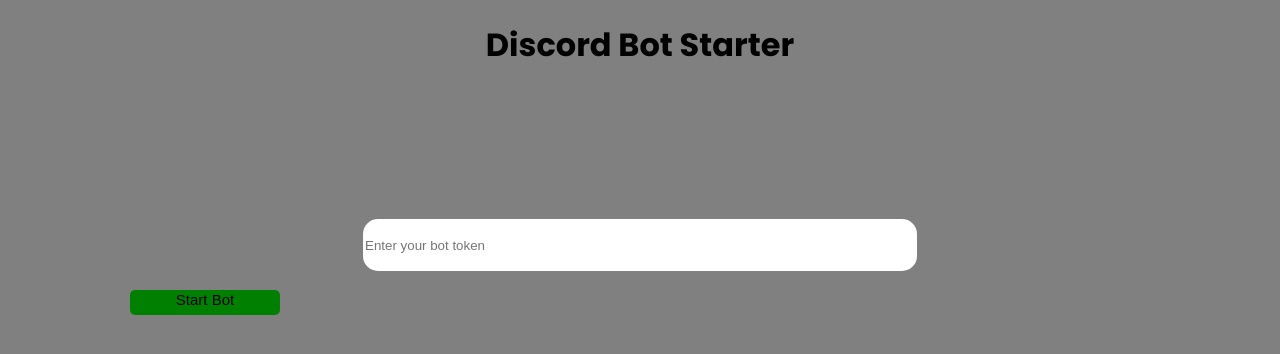
Repository: ranger2202/discord-bot-panel
Page: ranger-bot-runner/app/templates/landing.html
These files come from the project's save history. The page is drawn as it stood at one moment and after the next save; the edit follows.
The browser window is 1280 px wide. The pictures show the whole page.

Above is the page before, as saved 2023-12-30 12:09:15.

After the next save:
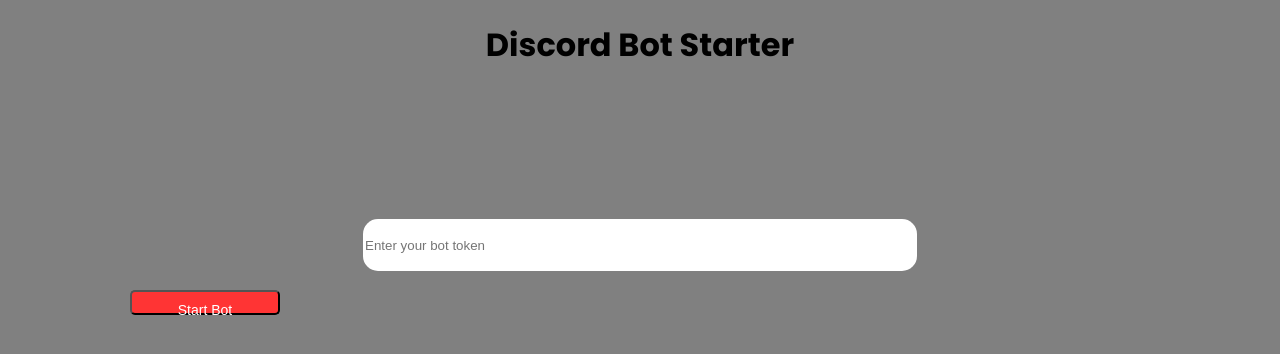
Saved 50 s later.
--- a/ranger-bot-runner/app/static/landing.css
+++ b/ranger-bot-runner/app/static/landing.css
@@ -15,12 +15,14 @@
     top: 145px;
 }
 .start-button button{
+    display: inline-block;
+    padding: 10px 20px;
+    font-size: 14px;
+    text-decoration: none;
+    color: #ffffff;
+    background-color: #FF3434;
     border-radius: 5px;
-    background-color: green;
-    border: none;
-    font-size: 15px;
-    font-weight: 700px;
-
+    transition: background-color 0.3s ease-in-out;
 }
 .bot-header{
     display: flex;
